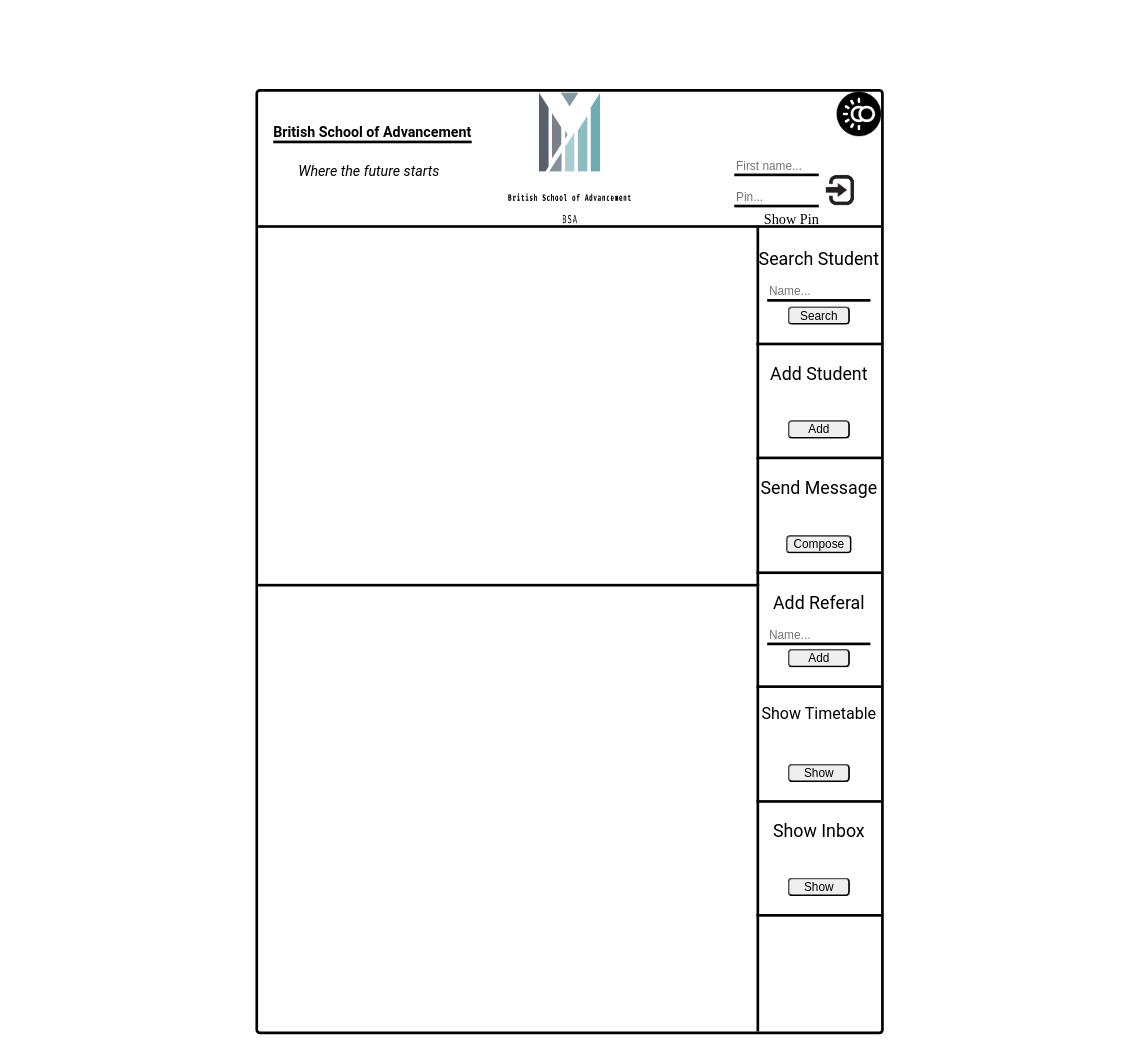
Repository: ghend99/Guardian-Application
Page: index.html
These files come from the project's save history. The page is drawn as it stood at one moment and after the next save; the edit follows.
The browser window is 1280 px wide. The pictures show the whole page, at 89% of full size.

Above is the page before, as saved 2023-06-06 17:47:39.

After the next save:
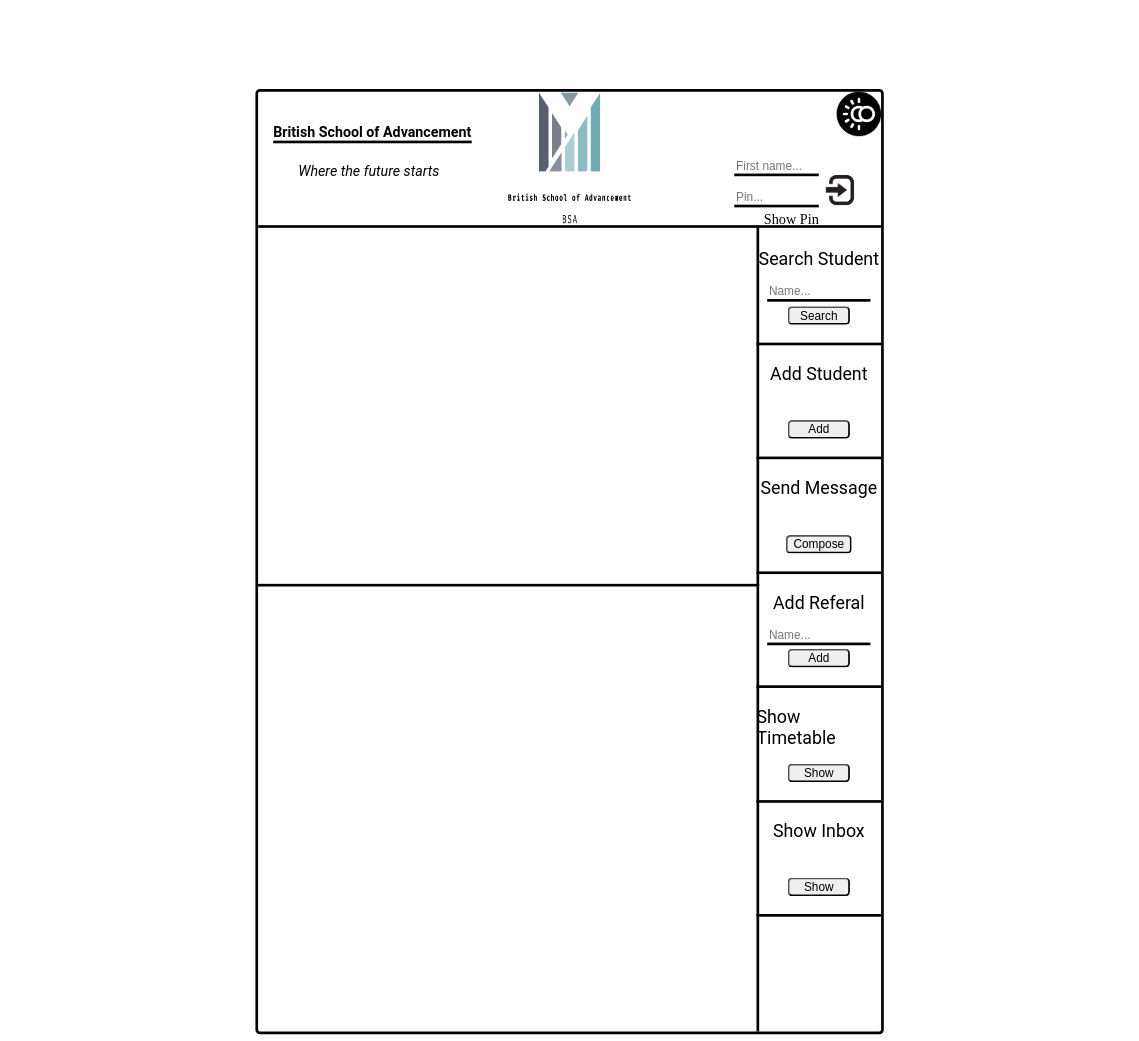
Saved 17 min 40 s later.
--- a/style.css
+++ b/style.css
@@ -481,11 +481,11 @@ button {
   left: 17%;
 }
 
-@media screen and (min-width: 0) and (max-width: 1600px) {
+/* @media screen and (min-width: 0) and (max-width: 1600px) {
   #show-timetable-heading {
     font-size: 18px;
   }
-}
+} */
 
 @media screen and (min-width: 0) and (max-width: 720px) {
   #main-container {
